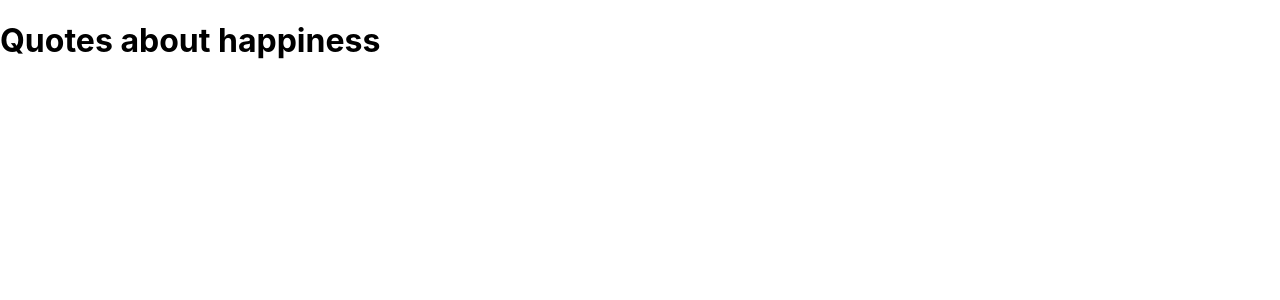
Repository: Bhavik-Sanghar/Quote-app
Page: /
An editor plug-in stored every save of this project. The page is shown before and after the next save, followed by the edit.
The browser window is 1280 px wide. The pictures show the whole page.
The page's requests for data from a server got no answer. The project was rebuilt for these pictures with package versions that can differ from the ones it lists, and the page was loaded fresh each time. No one was signed in, and anything a server would have sent is missing. Also part of the build but not shown: src/styles.css. Imported but missing from the stored project, and not drawn on this page: src/components/QuoteDisplay.

Above is the page before, as saved 2023-08-18 10:31:57.

### src/App.js
import React from 'react';
import './styles.css';
import QuoteDisplay from './components/QuoteDisplay';
import QuoteComponent from './components/NewQuote'

function App() {
  return (
    <div className="App">
      {/* <h1>Beautiful Quotes</h1>
      <QuoteDisplay /> */}
      <QuoteComponent/>


    </div>
  );
}

export default App;

### src/components/NewQuote.js
import React, { useEffect, useState } from "react";
import axios from "axios";

const QuoteComponent = () => {
  const [quotes, setQuotes] = useState([]);
  const category = "happiness";
  const apiKey = "EgtS4gqLsbjvHM2bBjKwBA==PYmsGLFQFXQzq0Na";

  useEffect(() => {
    fetchQuotes();
  }, []);

  const fetchQuotes = async () => {
    try {
      const response = await axios.get(
        `https://api.api-ninjas.com/v1/quotes?category=${category}`,
        {
          headers: { "X-Api-Key": apiKey },
        }
      );
      setQuotes(response.data);
    } catch (error) {
      console.error("Error: ", error);
    }
  };

  return (
    <div>
      <h1>Quotes about {category}</h1>
      <ul>
        {quotes.map((quote, index) => (
          <li key={index}>{quote.quote}</li>
        ))}
      </ul>
    </div>
  );
};

export default QuoteComponent;

Loaded but not shown: public/index.html (common file); src/index.js (common file); src/index.css (common file); src/reportWebVitals.js (common file)

After the next save:
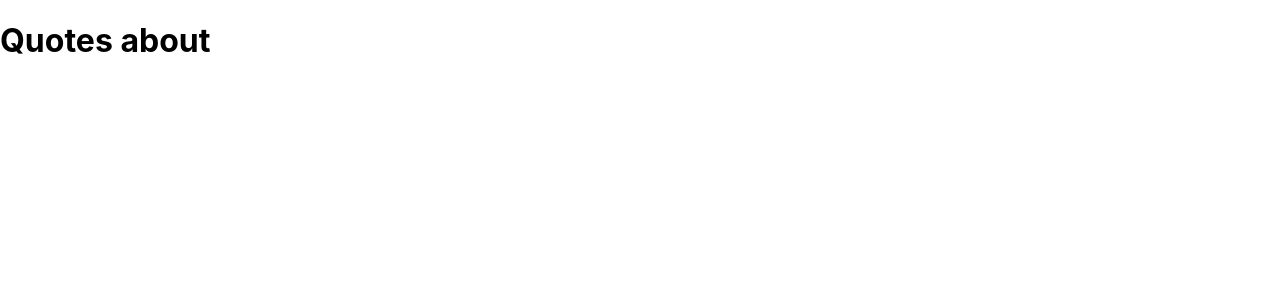
Saved 86 s later.
--- a/src/components/NewQuote.js
+++ b/src/components/NewQuote.js
@@ -3,7 +3,7 @@ import axios from "axios";
 
 const QuoteComponent = () => {
   const [quotes, setQuotes] = useState([]);
-  const category = "happiness";
+  const category = "";
   const apiKey = "EgtS4gqLsbjvHM2bBjKwBA==PYmsGLFQFXQzq0Na";
 
   useEffect(() => {
